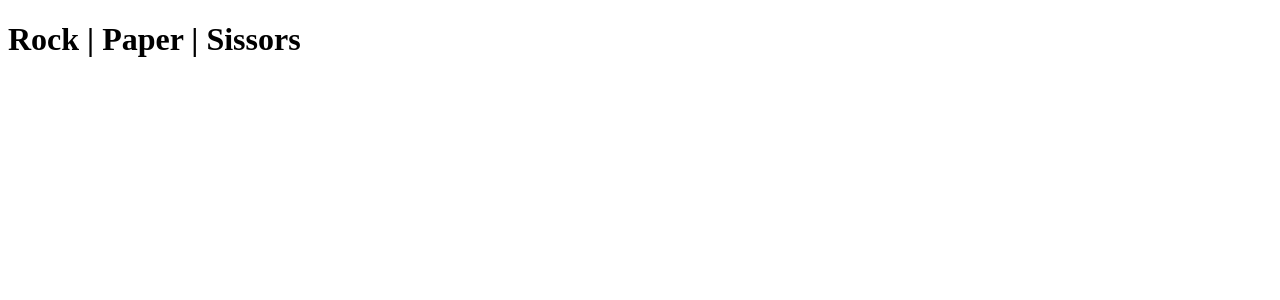
Repository: SakthivelDurai47/Rock-Paper-Sissors
Page: index.html
An editor plug-in stored every save of this project. The page is shown before and after the next save, followed by the edit.
The browser window is 1280 px wide. The pictures show the whole page.

Above is the page before, as saved 2025-04-14 21:53:03.

After the next save:
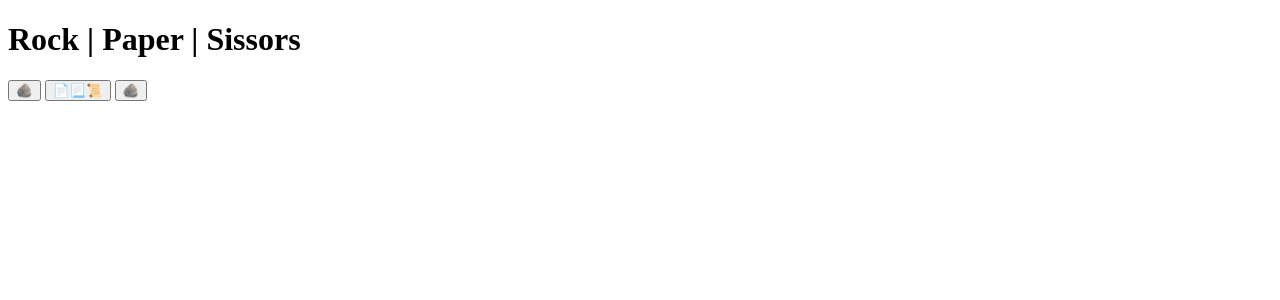
Saved 104 s later.
--- a/index.html
+++ b/index.html
@@ -8,5 +8,8 @@
   </head>
   <body>
     <h1>Rock | Paper | Sissors</h1>
+    <button onclick="playGame('Rock')">🪨</button>
+    <button onclick="playGame('Paper')">📄📃📜</button>
+    <button onclick="playGame('Sissor')">🪨</button>
   </body>
 </html>
